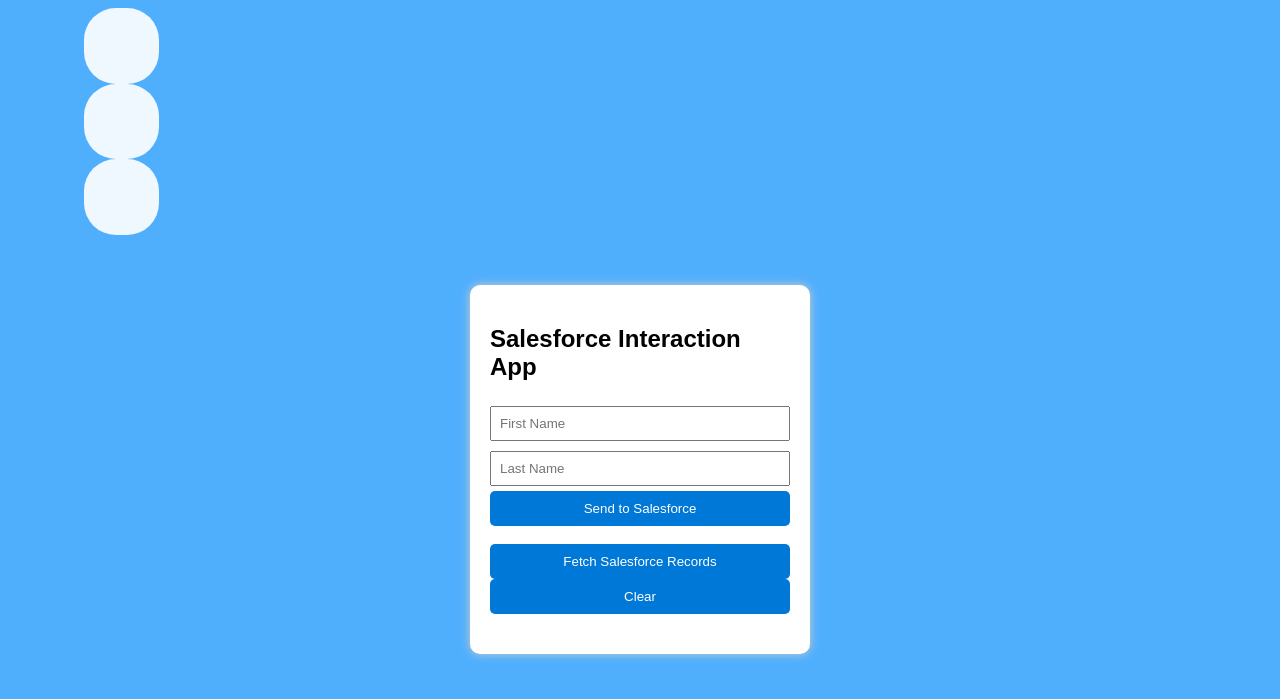
Repository: PamodaW/SalesforceSync
Page: Client/index.html
The author's editor kept a copy of each file at every save. The page is drawn from the files as they stood at one save, then again after a run of saves.
The browser window is 1280 px wide. The pictures show the whole page.

Above is the page before, as saved 2024-11-20 15:31:50.

After the next 2 saves:
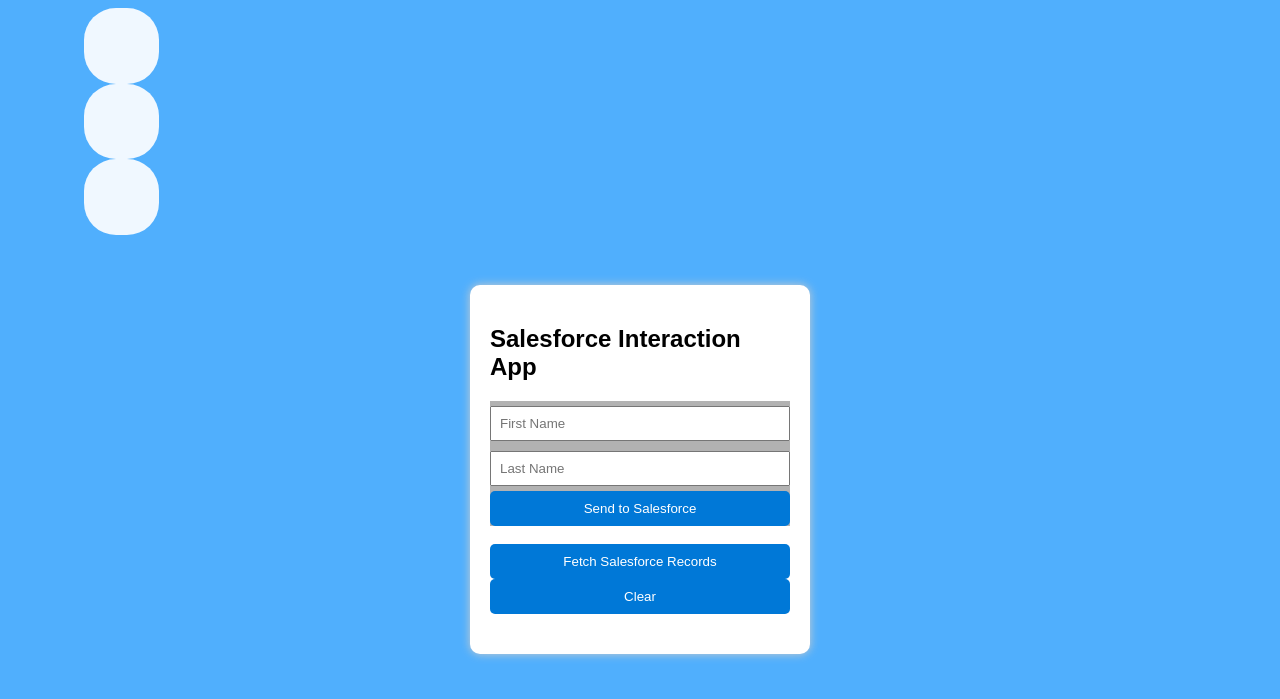
The 2 saves are shown as one change because they came seconds apart.
The last was saved 18 s later.
--- a/Client/style.css
+++ b/Client/style.css
@@ -47,10 +47,9 @@
 }
 
 .Clouds:hover{
-    background-color: rgba(0, 0, 0, 0.3);
+
 
 }
 
 form{
-    background: transparent;
-}
+    background-color: rgba(0, 0, 0, 0.3);

After the 3 saves that followed:
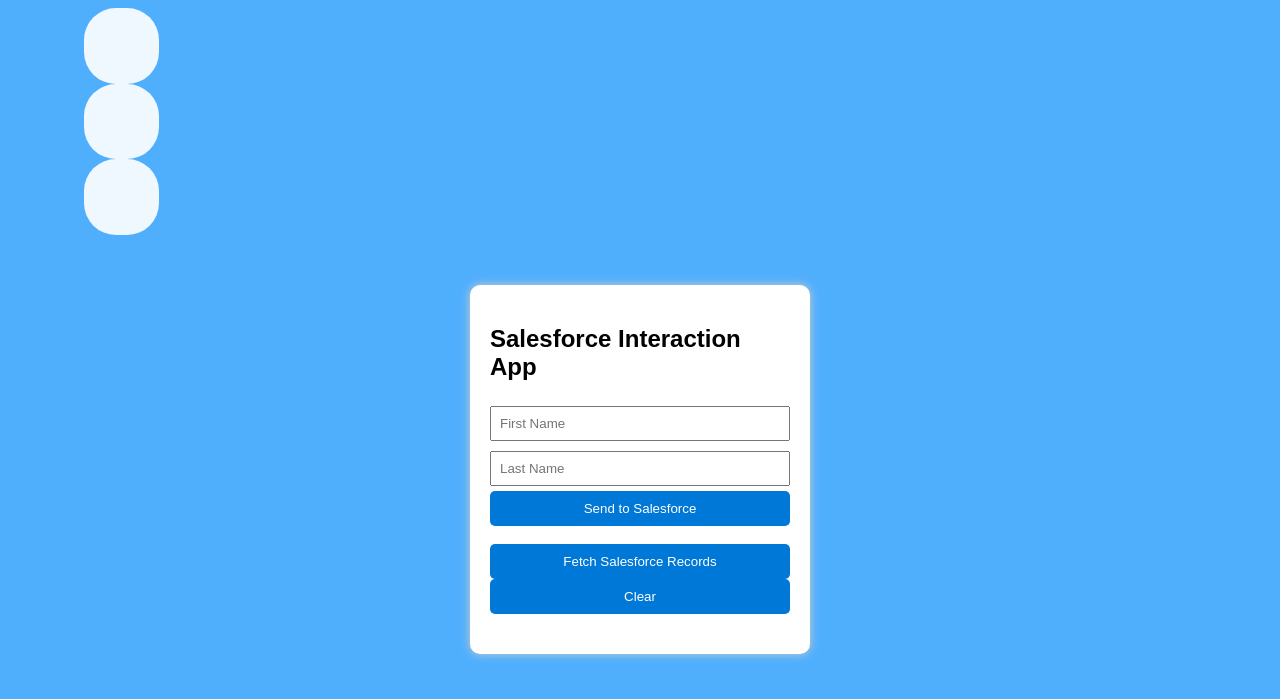
The 3 saves are shown as one change because 1 left the picture as it was and some came seconds apart.
The last was saved 21 s later.
--- a/Client/style.css
+++ b/Client/style.css
@@ -52,4 +52,5 @@
 }
 
 form{
-    background-color: rgba(0, 0, 0, 0.3);
+    background: transparent;
+}
